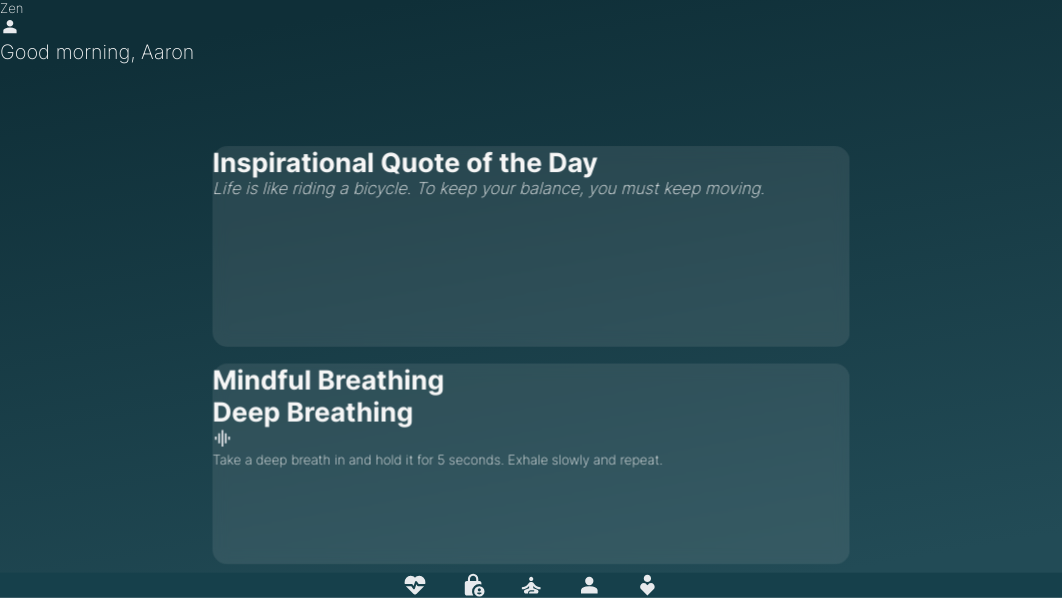
Repository: aaronw-dev/Zen
Page: dashboard.html
The author's editor kept a copy of each file at every save. The page is drawn from the files as they stood at one save, then again after a run of saves.
The browser window is 1280 px wide. The pictures show the whole page, at 83% of full size.

Above is the page before, as saved 2024-06-08 14:05:29.

After the next 2 saves:
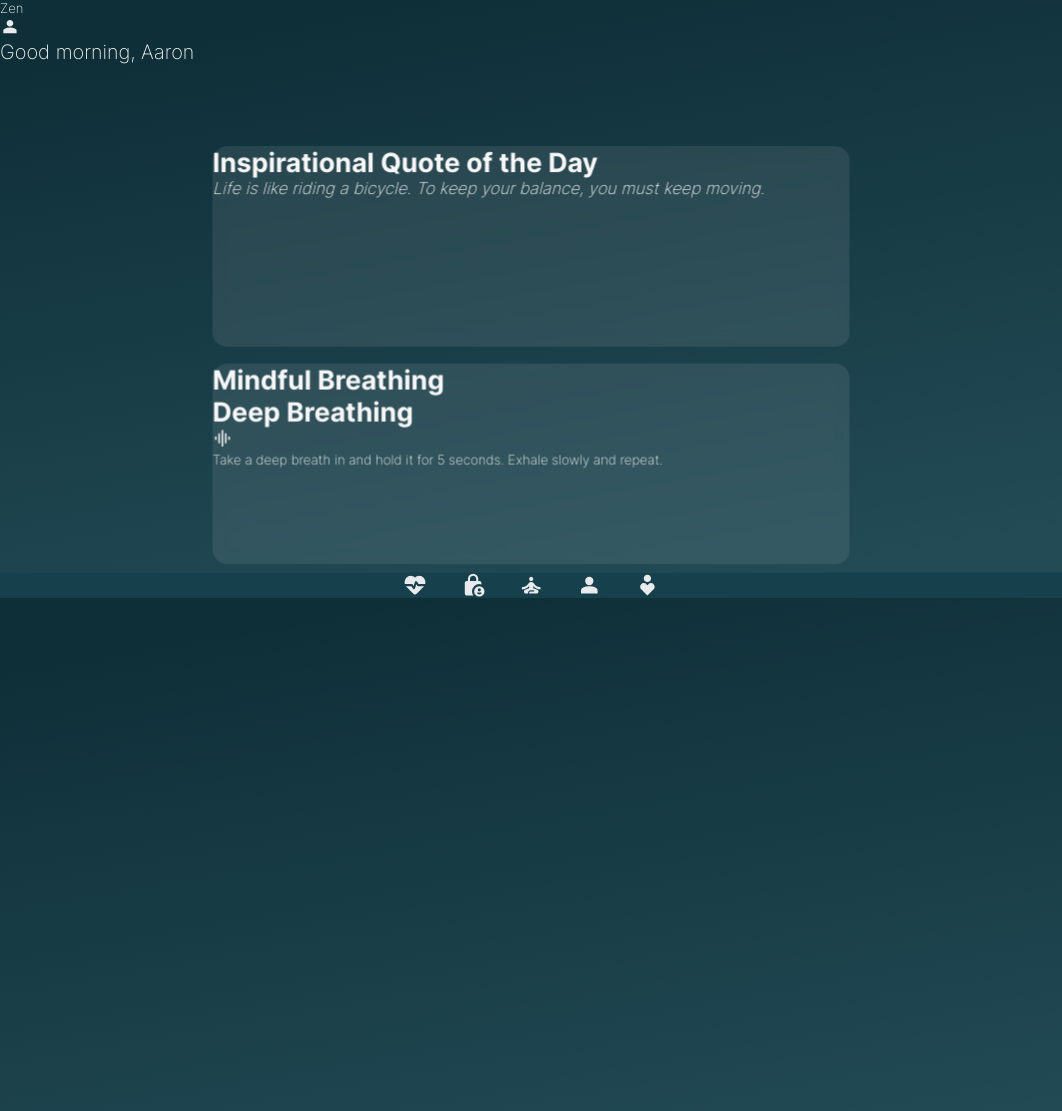
The 2 saves are shown as one change because they came seconds apart.
The last was saved 7 s later.
--- a/static/style.css
+++ b/static/style.css
@@ -17,8 +17,6 @@ html {
 body {
     width: 603px;
     height: 1339px;
-
-    height: 100%;
     margin: 0;
     background-repeat: no-repeat;
     background-attachment: fixed;
